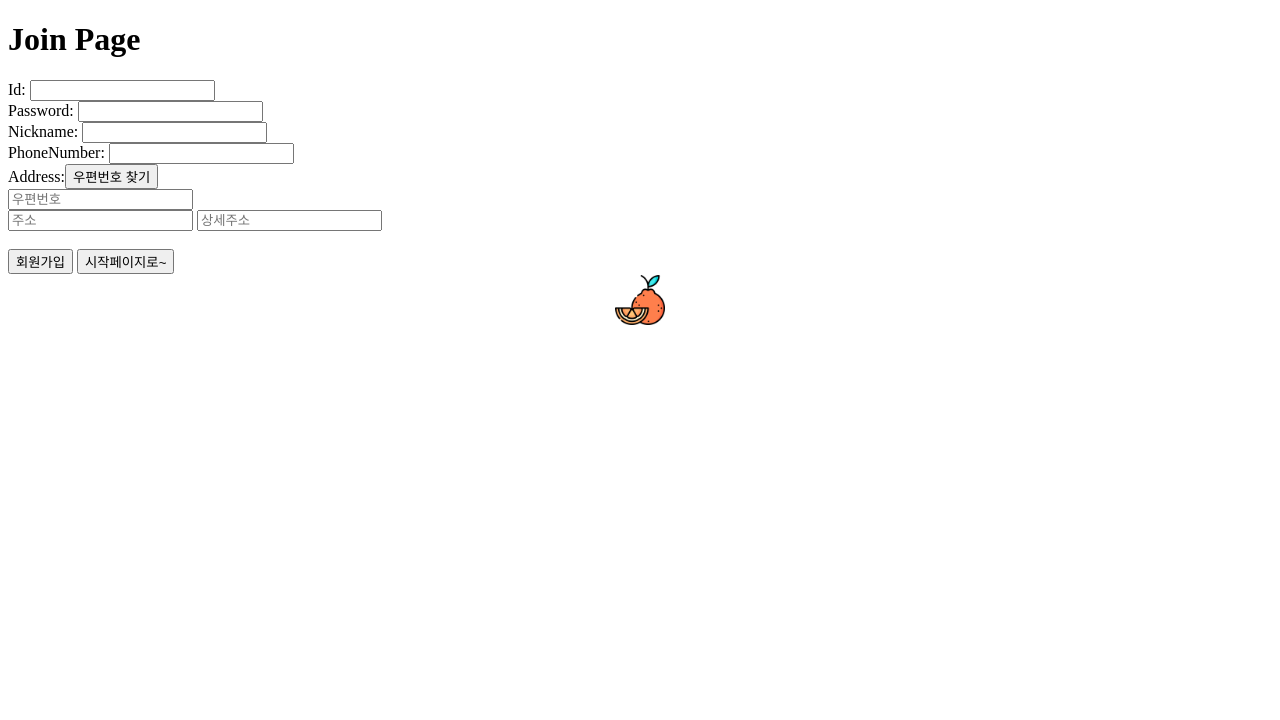
Repository: jeeniii/test2022_12_29
Page: http://localhost/portfolio/mem/join
An editor plug-in stored every save of this project. The page is shown before and after the next save, followed by the edit.
The browser window is 1280 px wide. The pictures show the whole page.
The page is served by Tomcat 9. Other server files are loaded and not shown.

Above is the page before, as saved 2022-12-13 07:02:56.

### JSP_Portfolio/portfolio/src/main/webapp/member/join.jsp
<%@ page language="java" contentType="text/html; charset=UTF-8"
    pageEncoding="UTF-8"%>
<!DOCTYPE html>
<html>
<head>
<meta charset="UTF-8">
<title>Insert title here</title>
</head>
<body>
<h1>Join Page</h1>
<form action="/mem/register" method="post">
	Id: <input type="text" name="id" > <br>
	Password: <input type="password" name="pwd"> <br>
	Nickname: <input type="text" name="nick_name"> <br>
	PhoneNumber: <input type="text" name="phone" oninput="hypenTel(this)" maxlength="13"> <br>
	Address:<input type="button" onclick="sample6_execDaumPostcode()" value="우편번호 찾기"> <br>
			<input type="text" id="sample6_postcode" placeholder="우편번호"><br>
			<input type="text" name="addr1" id="sample6_address" placeholder="주소">
			<input type="text" name="addr2" id="sample6_detailAddress" placeholder="상세주소"">
			<input type="hidden" id="sample6_extraAddress" placeholder="참고항목"> <br><br>
	<button type="submit">회원가입</button>
	<a href="/"> <button type="button">시작페이지로~</button> </a>
</form>
<script src="//t1.daumcdn.net/mapjsapi/bundle/postcode/prod/postcode.v2.js"></script>
<script type="text/javascript">


const hypenTel = (target) => {
	 target.value = target.value
	   .replace(/[^0-9]/g, '')
	   .replace(/^(\d{2,3})(\d{3,4})(\d{4})$/, `$1-$2-$3`);
}

function sample6_execDaumPostcode() {
    new daum.Postcode({
        oncomplete: function(data) {
            var addr = '';
            var extraAddr = '';

            if (data.userSelectedType === 'R') {
                addr = data.roadAddress;
            } else {
                addr = data.jibunAddress;
            }

            if(data.userSelectedType === 'R'){
                if(data.bname !== '' && /[동|로|가]$/g.test(data.bname)){
                    extraAddr += data.bname;
                }
                if(data.buildingName !== '' && data.apartment === 'Y'){
                    extraAddr += (extraAddr !== '' ? ', ' + data.buildingName : data.buildingName);
                }
                if(extraAddr !== ''){
                    extraAddr = ' (' + extraAddr + ')';
                }
                document.getElementById("sample6_extraAddress").value = extraAddr;

            } else {
                document.getElementById("sample6_extraAddress").value = '';
            }

            document.getElementById('sample6_postcode').value = data.zonecode;
            document.getElementById("sample6_address").value = addr;
            document.getElementById("sample6_detailAddress").focus();
        }
    }).open();
}
</script>
<%@ include file="/footer.jsp" %>
</body>
</html>

### JSP_Portfolio/portfolio/src/main/webapp/footer.jsp
<%@ page language="java" contentType="text/html; charset=UTF-8"
    pageEncoding="UTF-8"%>
    <%@ taglib uri="http://java.sun.com/jsp/jstl/core" prefix="c" %>
<!DOCTYPE html>
<html>
<head>
<meta charset="UTF-8">
<title>Insert title here</title>
<link rel="stylesheet" href="/resources/css/footer.css" type="text/css">
</head>
<body>
<footer>
		<a href="/" id="hanlabtn"><button type="button"><img src="/resources/한라봉.png" id="hanlabong"></button></a>
</footer>
</body>
</html>

### JSP_Portfolio/portfolio/src/main/java/controller/MemberController.java
package controller;

import java.io.IOException;
import java.util.List;

import javax.servlet.RequestDispatcher;
import javax.servlet.ServletException;
import javax.servlet.annotation.WebServlet;
import javax.servlet.http.HttpServlet;
import javax.servlet.http.HttpServletRequest;
import javax.servlet.http.HttpServletResponse;
import javax.servlet.http.HttpSession;

import org.slf4j.Logger;
import org.slf4j.LoggerFactory;

import domain.MemberVO;
import service.MemberService;
import service.MemberServiceImpl;

@WebServlet("/mem/*")
public class MemberController extends HttpServlet {
	private static final long serialVersionUID = 1L;
	private Logger log=LoggerFactory.getLogger(MemberController.class);
    private MemberService msv;
    private RequestDispatcher rdp;
    private String destPage;
    private int isOk;

    public MemberController() {
    	msv=new MemberServiceImpl();
    }

	protected void service(HttpServletRequest req, HttpServletResponse res) throws ServletException, IOException {
		req.setCharacterEncoding("utf-8");
		res.setCharacterEncoding("utf-8");
		res.setContentType("text/html; charset=utf-8");

		String uri=req.getRequestURI();
		String path=uri.substring(uri.lastIndexOf("/")+1);
		log.info("uri>> "+uri);
		log.info("path>> "+path);

		switch(path) {
		case "login":
			destPage="/member/login.jsp";
			break;

		case "join":
			destPage="/member/join.jsp";

			break;

		case "register":
			try {
				log.info("register check1");
				MemberVO mvo=new MemberVO(
						req.getParameter("id"),
						req.getParameter("pwd"),
						req.getParameter("nick_name"),
						req.getParameter("phone"),
						req.getParameter("addr1")+req.getParameter("addr2"));
				System.out.println(mvo.getId()=="");
				System.out.println(mvo.getPwd()=="");
				System.out.println(mvo.getNick_name()=="");
				System.out.println(mvo.getPhone()=="");
				if(
						mvo.getId()==""||
						mvo.getPwd()==""||
						mvo.getNick_name()==""||
						mvo.getPhone()=="") {
					log.info("Resend check");
					req.setAttribute("msg_register", false);
					//res.sendRedirect("/");
					destPage="/";
					//return;
				}else {
					isOk=msv.register(new MemberVO(
							req.getParameter("id"),
							req.getParameter("pwd"),
							req.getParameter("nick_name"),
							req.getParameter("phone"),
							req.getParameter("addr1").concat(", ").concat(req.getParameter("addr2"))));
					//concate으로 addr1과 addr2를 이어 붙이면서 그 가운데에 ", "도 더해준다.
					if(isOk>0) {
						req.setAttribute("msg_register", true);
					}
					log.info("register check4");
					destPage="/";
				}
			} catch (Exception e) {
				log.info("register error");
				e.printStackTrace();
			}
			break;

		case "login_auth": //실제 로그인이 일어나는 케이스
			try {
				MemberVO mvo=msv.login(new MemberVO(req.getParameter("id"),req.getParameter("pwd")));
				log.info("login check");
				if(mvo != null) {
					//세션 가져오기. 연결된 세션이 없다면 새로 생성
					HttpSession ses=req.getSession();
					//ses로 mvo를 바인딩
					ses.setAttribute("ses", mvo);
					ses.setMaxInactiveInterval(10*60);
					req.setAttribute("msg_login", true);
				}else {
					req.setAttribute("msg_login", false);
				}
				destPage="/";
			} catch (Exception e) {
				log.info("login_auth error");
				e.printStackTrace();
			}
			break;

		case "logout":
			try {
				HttpSession ses=req.getSession();
				ses.invalidate(); //무효화하다
				//로그인 정보 id를 주고 로그인 시간 update
				isOk=msv.lastLogin(req.getParameter("id"));
				log.info("check1");
				log.info("logout>> :"+(isOk>0?"Ok":"Fail"));
				destPage="/";
			} catch (Exception e) {
				log.info("logout error");
				e.printStackTrace();
			}
			break;

		case "list":
			try {
				log.info("list 1");
				List<MemberVO> list=msv.getList();
				req.setAttribute("list", list);
				log.info("list 4");
				destPage="/member/list.jsp";
			} catch (Exception e) {
				log.info("list error");
				e.printStackTrace();
			}
			break;

		case "modify":
			try {
				log.info("modify1");
				String id=req.getParameter("id");
				MemberVO mvo=msv.modify(id);
				req.setAttribute("mvo", mvo);
				log.info("modify4");
				destPage="/member/modify.jsp";
			} catch (Exception e) {
				log.info("modify error");
				e.printStackTrace();
			}
			break;

		case "update":
			try {
				log.info("update1");
				String id=req.getParameter("id");
				String pwd=req.getParameter("pwd");
				String nick_name=req.getParameter("nick_name");
				String phone=req.getParameter("phone");
				String addr=req.getParameter("addr1").concat(", ").concat(req.getParameter("addr2"));
				MemberVO mvo=new MemberVO(id,pwd,nick_name,phone,addr);
				isOk=msv.update(mvo);
				log.info("update4");
				if(isOk>0) {
					HttpSession ses=req.getSession();
					ses.setAttribute("ses", mvo);
					ses.setMaxInactiveInterval(10*60);
				}else {
					req.setAttribute("msg_update", 0);
				}
				log.info("controller update> "+(isOk>0?"ok":"fail"));
				destPage="/";
			} catch (Exception e) {
				log.info("update error");
				e.printStackTrace();
			}
			break;

		case "remove":
			try {
				log.info("remove1");
				String id=req.getParameter("id");
				HttpSession ses=req.getSession();
				ses.invalidate();
				isOk=msv.remove(id);
				destPage="/";
				log.info("remove4");
			} catch (Exception e) {
				log.info("remove error");
				e.printStackTrace();
				break;

			}
		default:
			break;
		}

		rdp=req.getRequestDispatcher(destPage);
		rdp.forward(req, res);
	}

	protected void doGet(HttpServletRequest request, HttpServletResponse response) throws ServletException, IOException {
		service(request, response);
	}

	protected void doPost(HttpServletRequest request, HttpServletResponse response) throws ServletException, IOException {
		service(request, response);
	}

}

### JSP_Portfolio/portfolio/src/main/java/service/MemberServiceImpl.java
package service;

import java.util.List;

import org.slf4j.Logger;
import org.slf4j.LoggerFactory;

import domain.MemberVO;
import repository.MemberDAO;
import repository.MemberDAOImpl;

public class MemberServiceImpl implements MemberService {
	private static final Logger log=LoggerFactory.getLogger(MemberServiceImpl.class);
	private MemberDAO mdao;

	public MemberServiceImpl() {
		mdao=new MemberDAOImpl();
	}

	@Override
	public int register(MemberVO mvo) {
		log.info("register check2");
		return mdao.insert(mvo);
	}

	@Override
	public MemberVO login(MemberVO mvo) {
		log.info("login check2");
		return mdao.selectOne(mvo);
	}

	@Override
	public int lastLogin(String id) {
		log.info("logout check2");
		return mdao.update(id);
	}

	@Override
	public List<MemberVO> getList() {
		log.info("list check2");
		return mdao.seletList();
	}

	@Override
	public MemberVO modify(String id) {
		log.info("modify check2");
		return mdao.modify(id);
	}

	@Override
	public int update(MemberVO mvo) {
		log.info("update check2");
		return mdao.update(mvo);
	}

	@Override
	public int remove(String id) {
		log.info("remove2");
		return mdao.delete(id);
	}

}

### JSP_Portfolio/portfolio/src/main/java/repository/MemberDAO.java
package repository;

import java.util.List;

import domain.MemberVO;

public interface MemberDAO {

	int insert(MemberVO mvo);

	MemberVO selectOne(MemberVO mvo);

	int update(String id);

	List<MemberVO> seletList();

	MemberVO modify(String id);

	int update(MemberVO mvo);

	int delete(String id);

}

### JSP_Portfolio/portfolio/src/main/java/repository/MemberDAOImpl.java
package repository;


import java.util.List;

import org.apache.ibatis.session.SqlSession;
import org.slf4j.Logger;
import org.slf4j.LoggerFactory;

import domain.MemberVO;
import orm.DataBaseBuilder;

public class MemberDAOImpl implements MemberDAO {
	private static final Logger log=LoggerFactory.getLogger(MemberDAOImpl.class);
	private SqlSession sql;
	private final String NS="MemberMapper.";

	public MemberDAOImpl() {
		new DataBaseBuilder();
		sql=DataBaseBuilder.getFactory().openSession();
	}

	@Override
	public int insert(MemberVO mvo) {
		log.info("check");
		int isOk=sql.insert(NS+"add",mvo);
		if(isOk>0) {
			sql.commit();
		}
		log.info("register check3");
		return isOk;
	}

	@Override
	public MemberVO selectOne(MemberVO mvo) {
		log.info("login check3");
		return sql.selectOne(NS+"login",mvo);
	}

	@Override
	public int update(String id) {
		int isOk=sql.update(NS+"last",id);
		if(isOk>0) {
			sql.commit();
		}
		log.info("logout check3");
		return isOk;
	}

	@Override
	public List<MemberVO> seletList() {
		log.info("list check3");
		return sql.selectList(NS+"list");
	}

	@Override
	public MemberVO modify(String id) {
		log.info("modify check3");
		return sql.selectOne(NS+"modify",id);
	}

	@Override
	public int update(MemberVO mvo) {
		int isOk=sql.update(NS+"update",mvo);
		if(isOk>0) {
			sql.commit();
		}
		log.info("update check3");
		return isOk;
	}

	@Override
	public int delete(String id) {
		log.info("remove3");
		int isOk=sql.delete(NS+"delete",id);
		if(isOk>0) {
			sql.commit();
		}
		return isOk;
	}

}

### JSP_Portfolio/portfolio/src/main/java/orm/DataBaseBuilder.java
package orm;

import org.apache.ibatis.io.Resources;
import org.apache.ibatis.session.SqlSessionFactory;
import org.apache.ibatis.session.SqlSessionFactoryBuilder;

public class DataBaseBuilder {
	private static SqlSessionFactory factory;

	static {
		try {
			factory=new SqlSessionFactoryBuilder().build(Resources.getResourceAsReader("orm/MybatisConfig.xml"));
		} catch (Exception e) {
			System.out.println("mybatis error");
			e.printStackTrace();
		}
	}
	public static SqlSessionFactory getFactory() {
		return factory;
	}

}

### JSP_Portfolio/portfolio/src/main/java/domain/MemberVO.java
package domain;

public class MemberVO {
	/*create table member3 (
	id varchar(100) not null,
	pwd varchar(100) not null,
	nick_name varchar(100) not null,
	reg_at datetime default current_timestamp,
	last_login datetime not null,
	primary key(id));*/
	private String id;
	private String pwd;
	private String nick_name;
	private String phone;
	private String addr;
	private String reg_at;
	private String last_login;

	public MemberVO() {}

	//login(id,pwd)
	public MemberVO(String id,String pwd) {
		this.id=id;
		this.pwd=pwd;
	}
	//join,modify(id,pwd,nick_name)
	public MemberVO(String id,String pwd,String nick_name,String phone,String addr) {
		this.id=id;
		this.pwd=pwd;
		this.nick_name=nick_name;
		this.phone=phone;
		this.addr=addr;
	}
	//list(all)
	public MemberVO(String id,String pwd,String nick_name,String phone,String addr,String reg_at,String last_login) {
		this.id=id;
		this.pwd=pwd;
		this.nick_name=nick_name;
		this.phone=phone;
		this.addr=addr;
		this.reg_at=reg_at;
		this.last_login=last_login;
	}

	public String getId() {
		return id;
	}

	public void setId(String id) {
		this.id = id;
	}

	public String getPwd() {
		return pwd;
	}

	public void setPwd(String pwd) {
		this.pwd = pwd;
	}

	public String getNick_name() {
		return nick_name;
	}

	public void setNick_name(String nick_name) {
		this.nick_name = nick_name;
	}

	public String getReg_at() {
		return reg_at;
	}

	public void setReg_at(String reg_at) {
		this.reg_at = reg_at;
	}

	public String getLast_login() {
		return last_login;
	}

	public void setLast_login(String last_login) {
		this.last_login = last_login;
	}

	public String getPhone() {
		return phone;
	}

	public void setPhone(String phone) {
		this.phone = phone;
	}

	public String getAddr() {
		return addr;
	}

	public void setAddr(String addr) {
		this.addr = addr;
	}

}

### JSP_Portfolio/portfolio/src/main/java/domain/BoardVO.java
package domain;

public class BoardVO {
	private int bno;
	private String title;
	private String writer;
	private String content;
	private String reg_date;
	private int read_count;
	private String image_file;

	public BoardVO() {}

	//insert(title,writer,content)
	public BoardVO(String title,String writer,String content) {
		this.title=title;
		this.writer=writer;
		this.content=content;
	}
	//list(bno,title,writer,reg_date,read_count)
	public BoardVO(int bno,String title,String writer,String reg_date,int read_count) {
		this.bno=bno;
		this.title=title;
		this.writer=writer;
		this.reg_date=reg_date;
		this.read_count=read_count;
	}
	//update(bno,title,content)
	public BoardVO(int bno,String title,String content) {
		this.bno=bno;
		this.title=title;
		this.content=content;
	}
	//count(bno,read_count)
	public BoardVO(int bno,int read_count) {
		this.bno=bno;
		this.read_count=read_count;
	}

	public int getBno() {
		return bno;
	}

	public void setBno(int bno) {
		this.bno = bno;
	}

	public String getTitle() {
		return title;
	}

	public void setTitle(String title) {
		this.title = title;
	}

	public String getWriter() {
		return writer;
	}

	public void setWriter(String writer) {
		this.writer = writer;
	}

	public String getContent() {
		return content;
	}

	public void setContent(String content) {
		this.content = content;
	}

	public String getReg_date() {
		return reg_date;
	}

	public void setReg_date(String reg_date) {
		this.reg_date = reg_date;
	}

	public int getRead_count() {
		return read_count;
	}

	public void setRead_count(int read_count) {
		this.read_count = read_count;
	}

	public String getImage_file() {
		return image_file;
	}

	public void setImage_file(String image_file) {
		this.image_file = image_file;
	}

}

### JSP_Portfolio/portfolio/src/main/java/domain/PagingVO.java
package domain;

public class PagingVO {
	private int pageNo;
	private int qty;

	public PagingVO() {
		this(1,5);
	}

	public PagingVO(int pageNo,int qty) {
		this.pageNo=pageNo;
		this.qty=qty;
	}

	public int getPageStart() {
		return (this.pageNo-1)*qty;
	}

	public void setPageNo(int pageNo) {
		this.pageNo = pageNo;
	}

	public int getQty() {
		return qty;
	}

	public void setQty(int qty) {
		this.qty = qty;
	}

	public int getPageNo() {
		return pageNo;
	}

}

### JSP_Portfolio/portfolio/src/main/webapp/resources/css/footer.css
@charset "UTF-8";
#hanlabong{
    width: 50px;
    height: 50px;
}

#hanlabtn{
	background-color: transparent;
	border:none;
	cursor: pointer;
}
#hanlabtn button{
	background-color: transparent;
	border:none;
	cursor: pointer;

}
#hanlabtn:hover{
	transform:scale(1.5);
  	transition: transform .5s;
}
footer{
	width: 100%;
	display: flex;
	justify-content: center;
}

### JSP_Portfolio/portfolio/src/main/webapp/header.jsp
<%@ page language="java" contentType="text/html; charset=UTF-8"
    pageEncoding="UTF-8"%>
    <%@ taglib uri="http://java.sun.com/jsp/jstl/core" prefix="c" %>
<!DOCTYPE html>
<html>
<head>
<meta charset="UTF-8">

<link rel="stylesheet" href="/resources/css/index.css" type="text/css">
</head>
<body>
	<header>
		<div class="realHeader">
			<div class="headbar">
				<ul>

					<c:if test="${ses.id ne null }">
						<li>
							${ses.nick_name }님
						</li>
						<li>
							<a href="/mem/logout?id=${ses.id }"><button type="button">로그아웃</button></a>
						</li>
						<li>
							<a href="/mem/modify?id=${ses.id }"><button type="button">회원정보수정</button></a>
						</li>
					</c:if>

					<c:if test="${ses.id eq null }">
						<li>
							<a href="/mem/login"><button type="button">로그인</button></a>
						</li>
						<li>
							<a href="/mem/join"><button type="button"> 회원가입</button></a>
						</li>
					</c:if>
				</ul>
			</div>
		</div>
		<div class="topic">
			<h1>Hello, This is My Story</h1>
		</div>
	</header>
</body>
</html>

### JSP_Portfolio/portfolio/src/main/webapp/resources/css/index.css
@charset "UTF-8";
* {
    margin: 0;
    padding: 0;
    box-sizing: border-box;
}
body{
	width:100%;
	height:100%;
	background-image: url("/resources/제주 바다.jpg");
	background-repeat: no-repeat;
	background-size: cover;
}
.topic{
	text-align: center;
	font-size: 30px;
}
.realHeader{
	height: 60px;
}
.headbar{
	display: flex;
	align-items: center;
	float: right;
	padding: 0px 30px;
	height: 60px;
}
.headbar>ul{
    list-style-type: none;
}
.headbar>ul>li{
	display: inline;;
	margin-left: 10px;
	line-height: 30px;
	vertical-align: middle;
}
.headbar>ul>li>a{
	font-size: 20px;
	font-weight: 700px;
	color: black;
    text-decoration-line:none ;
}

.main_container{
	display: flex;
	min-width:100%;
	min-height:50%;
}
.main_container2{
	display: inline-block;
	margin: 0 auto;
}
button[type="button"]{
	border: 0px;
	padding: 5px 10px;
	border-radius: 5px;
	background-color: rgba(255, 255, 255, 0.377);
}
section{
	min-height: 500px;
}

After the next save:
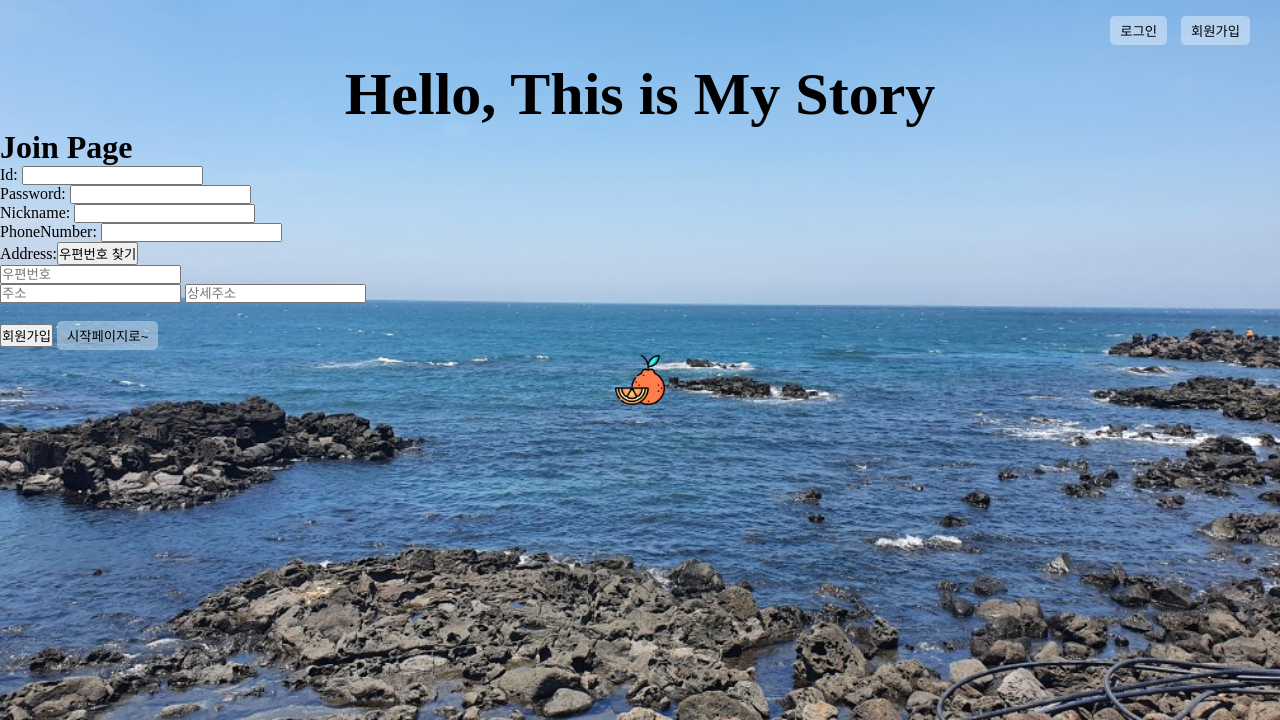
Saved 14 s later.
--- a/JSP_Portfolio/portfolio/src/main/webapp/member/join.jsp
+++ b/JSP_Portfolio/portfolio/src/main/webapp/member/join.jsp
@@ -5,6 +5,7 @@
 <head>
 <meta charset="UTF-8">
 <title>Insert title here</title>
+<%@ include file="/header.jsp" %>
 </head>
 <body>
 <h1>Join Page</h1>
